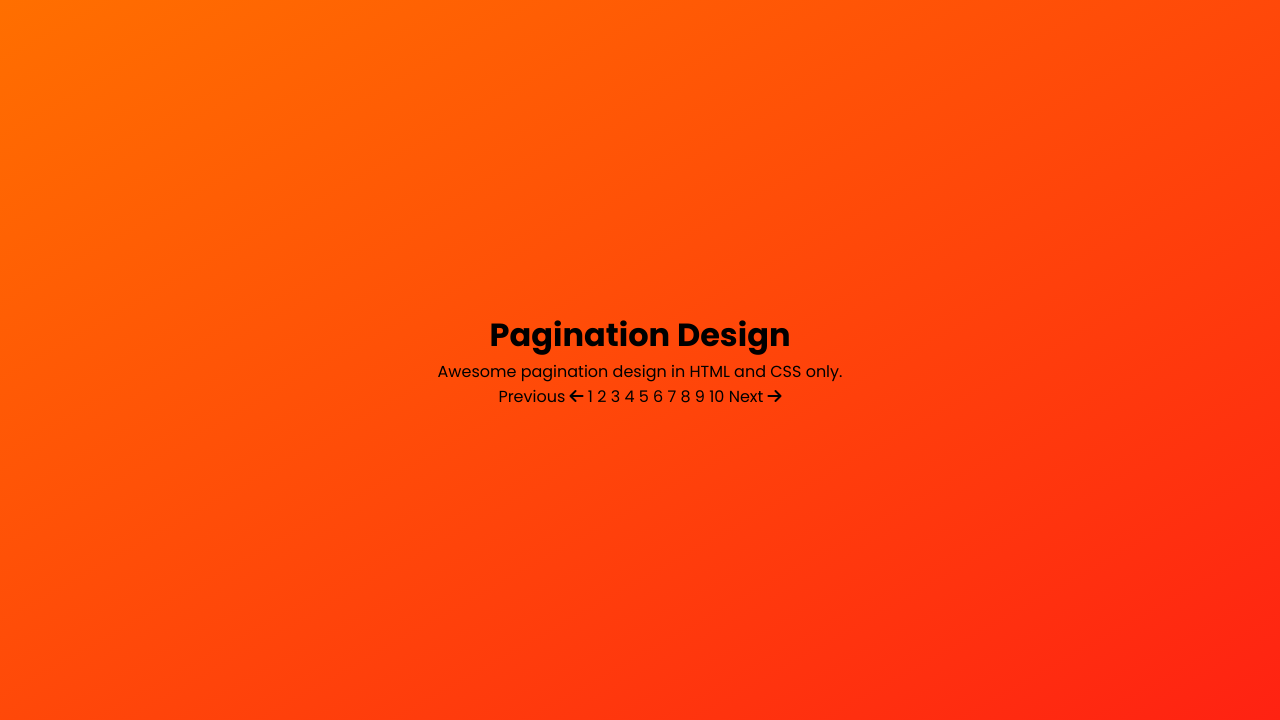
Repository: Ankitkr2021/Awesome-Pagination
Page: index.html
These files come from the project's save history. The page is drawn as it stood at one moment and after the next save; the edit follows.
The browser window is 1280 px wide. The pictures show the whole page.

Above is the page before, as saved 2025-10-02 08:56:00.

After the next save:
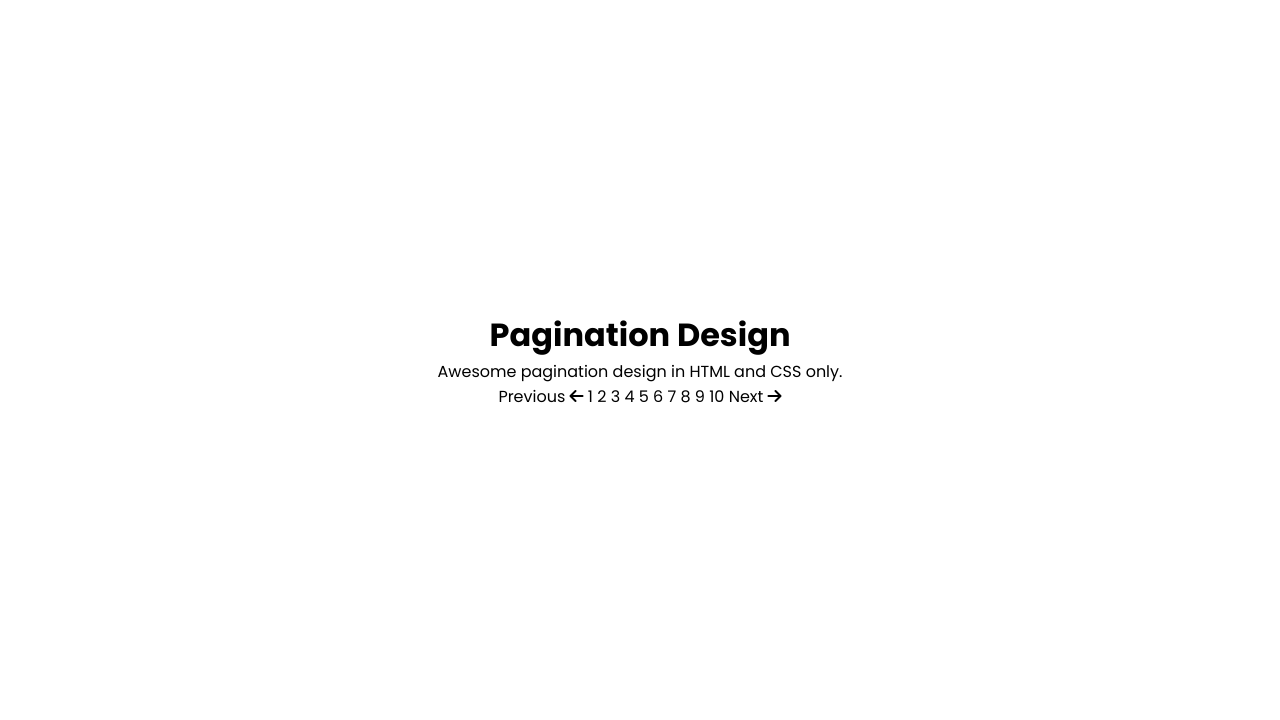
Saved 11 s later.
--- a/style.css
+++ b/style.css
@@ -13,7 +13,7 @@
    align-items: center;
     height: 100vh;
     width: 100%;
-    background: linear-gradient(to bottom right, rgb(255, 111, 0), rgb(255, 34, 18));
+    background: linear-gradient(to bottom 90, rgb(255, 111, 0), rgb(255, 34, 18));
 }
 
 .page{

After the 2 saves that followed:
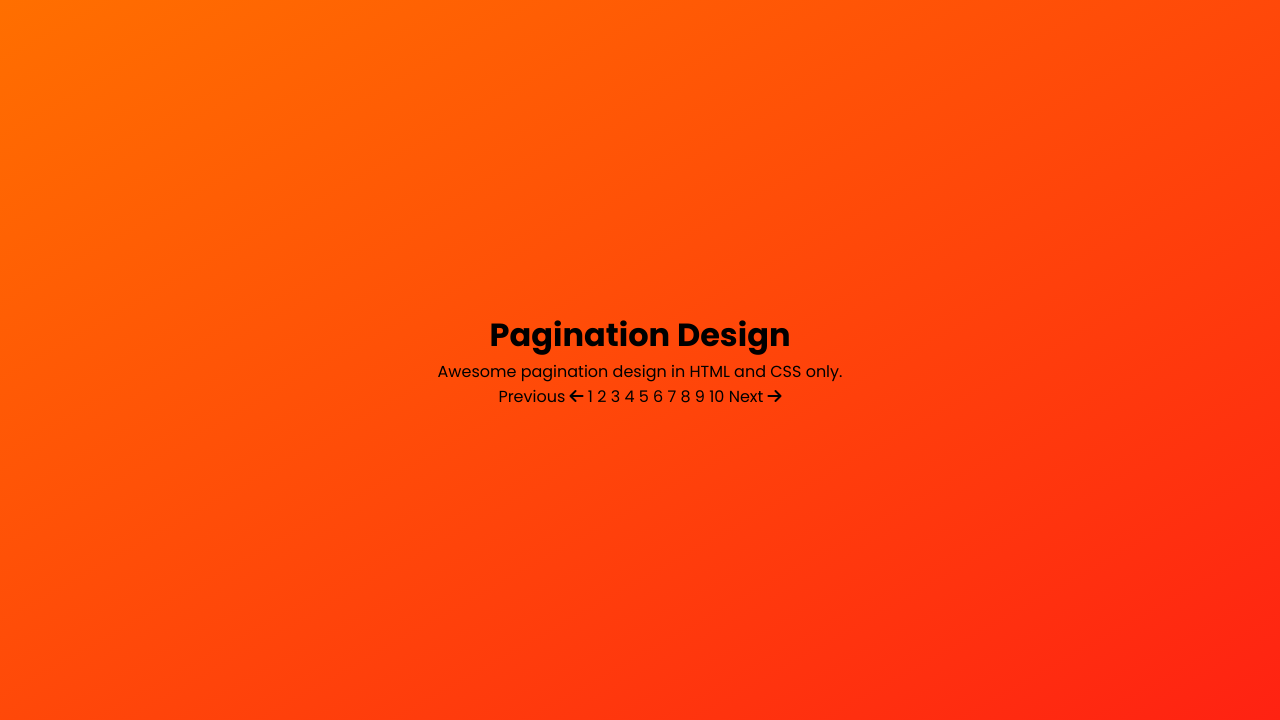
The 2 saves are shown as one change because 1 left the picture as it was.
The last was saved 9 s later.
--- a/style.css
+++ b/style.css
@@ -13,7 +13,7 @@
    align-items: center;
     height: 100vh;
     width: 100%;
-    background: linear-gradient(to bottom 90, rgb(255, 111, 0), rgb(255, 34, 18));
+    background: linear-gradient(to bottom right, rgb(255, 111, 0), rgb(255, 34, 18));
 }
 
 .page{
